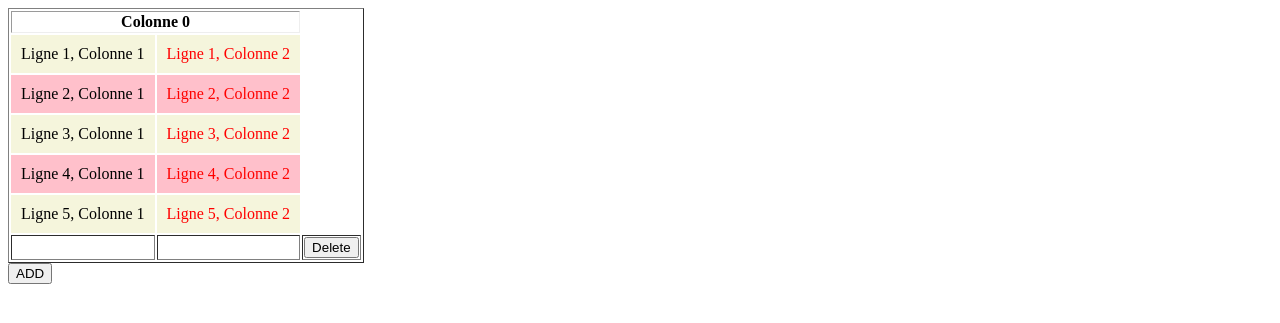
Repository: Chaimaa482/web-tp4
Page: ex1.html
An editor plug-in stored every save of this project. The page is shown before and after the next save, followed by the edit.
The browser window is 1280 px wide. The pictures show the whole page.
After loading, the first visible `button` was clicked once.

Above is the page before, as saved 2023-10-29 14:48:04.

### ex1.html
<!DOCTYPE html>
<html>
<style>
</style>
<body>
    <table border="1">
        <tr>
            <th>Colonne 0</th>
            <th>Colonne 0</th>
        </tr>
        <tr>
            <td>Ligne 1, Colonne 1</td>
            <td>Ligne 1, Colonne 2</td>
        </tr>
        <tr>
            <td>Ligne 2, Colonne 1</td>
            <td>Ligne 2, Colonne 2</td>
        </tr>
        <tr>
            <td>Ligne 3, Colonne 1</td>
            <td>Ligne 3, Colonne 2</td>
        </tr>
        <tr>
            <td>Ligne 4, Colonne 1</td>
            <td>Ligne 4, Colonne 2</td>
        </tr>
        <tr>
            <td>Ligne 5, Colonne 1</td>
            <td>Ligne 5, Colonne 2</td>
        </tr>

    </table>
    <button>ADD</button>

    <script>
        var table = document.getElementsByTagName('table');
        var cells = document.getElementsByTagName("td");
        // Donner une couleur de fond rose aux lignes paires et beige aux lignes impaires
        var rows = document.querySelectorAll("tr");
        for (var i = 1; i < rows.length; i++) {
            if (i % 2 === 0) {
                rows[i].style.backgroundColor = "pink";
            } else {
                rows[i].style.backgroundColor = "beige";
            }
        }

        // Donner une classe col1 aux colonnes paires et col2 aux colonnes impaires
        for (var i = 0; i < cells.length; i++) {
            if (i % 2 === 0) {
                cells[i].style.color= 'black';
            } else {
                cells[i].style.color= 'red';
            }
        }
        //fusionner la premiere line
        var row = document.querySelector('table tr:first-child');
        row.cells[0].colSpan=2;
        row.removeChild(row.cells[1]);


        //delete bordure
        rows[0].style.border = "none";
        for (var i = 0; i < cells.length; i++) {
            cells[i].style.border = "none";
            cells[i].style.padding='10px'
        }

        //making the table cells editable on click
        for (var i = 0; i < cells.length; i++) {
        cells[i].addEventListener("click", function() {
        var cellText = this.innerText;
        this.innerHTML = "<input type='text' value='" + cellText + "'>";
        var input = this.querySelector("input");
        input.focus();
        input.addEventListener("blur", function() {
            cellText = this.value;
            this.parentNode.innerText = cellText;
        });
         }); }

         //
         var addButton = document.querySelector('button');
         addButton.addEventListener('click', function() {
         var newRow = document.createElement('tr');
         newRow.innerHTML = "<td></td><td></td><td><button class='delete-btn'>Delete</button></td>";
         document.querySelector('table').appendChild(newRow);

         // Attach event listener for delete button in the new row
         var deleteButton = newRow.querySelector('.delete-btn');
         deleteButton.addEventListener('click', function() {
         this.parentNode.parentNode.remove();
        });
});




    </script>
</body>
</html>

After the next save:
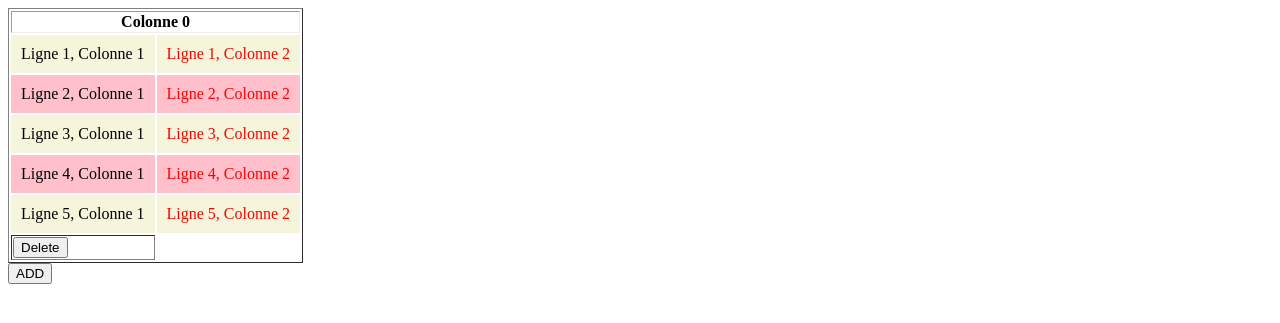
Saved 29 s later.
--- a/ex1.html
+++ b/ex1.html
@@ -82,7 +82,7 @@
          //
          var addButton = document.querySelector('button');
          addButton.addEventListener('click', function() {
-         var newRow = document.createElement('tr');
+         var newRow = document.createElement('td');
          newRow.innerHTML = "<td></td><td></td><td><button class='delete-btn'>Delete</button></td>";
          document.querySelector('table').appendChild(newRow);
 
